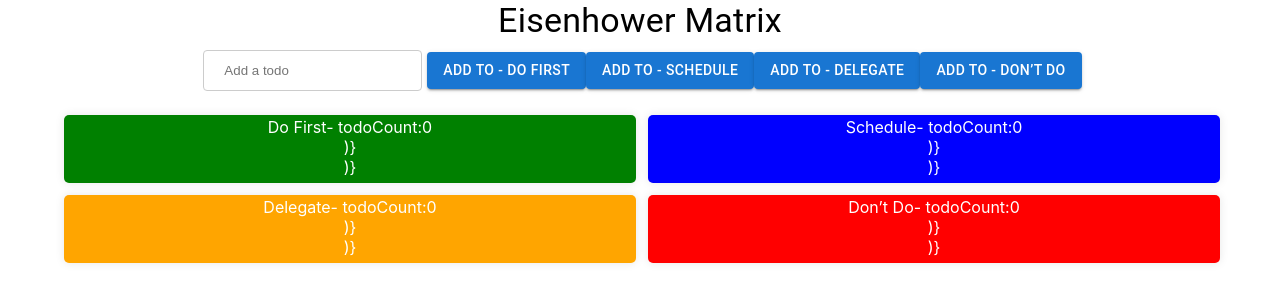
Repository: GokulDev4U/Krixi_react_assignment
Page: /
The author's editor kept a copy of each file at every save. The page is drawn from the files as they stood at one save, then again after the next save.
The browser window is 1280 px wide. The pictures show the whole page.
The project was rebuilt for these pictures with package versions that can differ from the ones it lists, and the page was loaded fresh each time.

Above is the page before, as saved 2022-04-04 19:23:42.

After the next save:
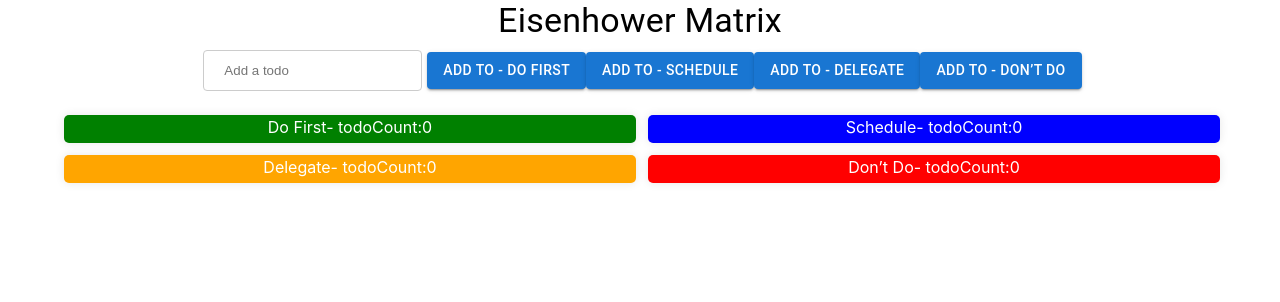
Saved 63 s later.
--- a/src/Components/card/Card.jsx
+++ b/src/Components/card/Card.jsx
@@ -38,29 +38,29 @@ const Card = ({ color, title, flag }) => {
             </div>
           ))}
         </div>
-          )}
+        {/* )} */}
         {/* </Draggable> */}
         {/* <Draggable > */}
-        {(provided, snapshot) => (
-          <div className="card-content-item">
-            {flag === "schedule" && todosSchedule?.map((todo, index) => (
-              <div key={index} >
-                {todo}
-              </div>
-            ))}
-          </div>
-        )}
+        {/* {(provided, snapshot) => ( */}
+        <div className="card-content-item">
+          {flag === "schedule" && todosSchedule?.map((todo, index) => (
+            <div key={index} >
+              {todo}
+            </div>
+          ))}
+        </div>
+        {/* )} */}
         {/* </Draggable> */}
         {/* <Draggable > */}
-        {(provided, snapshot) => (
-          <div className="card-content-item">
-            {flag === "delegate" && todosDelegate?.map((todo, index) => (
-              <div key={index} >
-                {todo}
-              </div>
-            ))}
-          </div>
-        )}
+        {/* {(provided, snapshot) => ( */}
+        <div className="card-content-item">
+          {flag === "delegate" && todosDelegate?.map((todo, index) => (
+            <div key={index} >
+              {todo}
+            </div>
+          ))}
+        </div>
+        {/* )} */}
         {/* </Draggable> */}
         {/* <Draggable >
           {(provided, snapshot) => ( */}
@@ -71,7 +71,7 @@ const Card = ({ color, title, flag }) => {
             </div>
           ))}
         </div>
-          )}
+        {/* )} */}
         {/* </Draggable> */}
       </div>
     </div >
